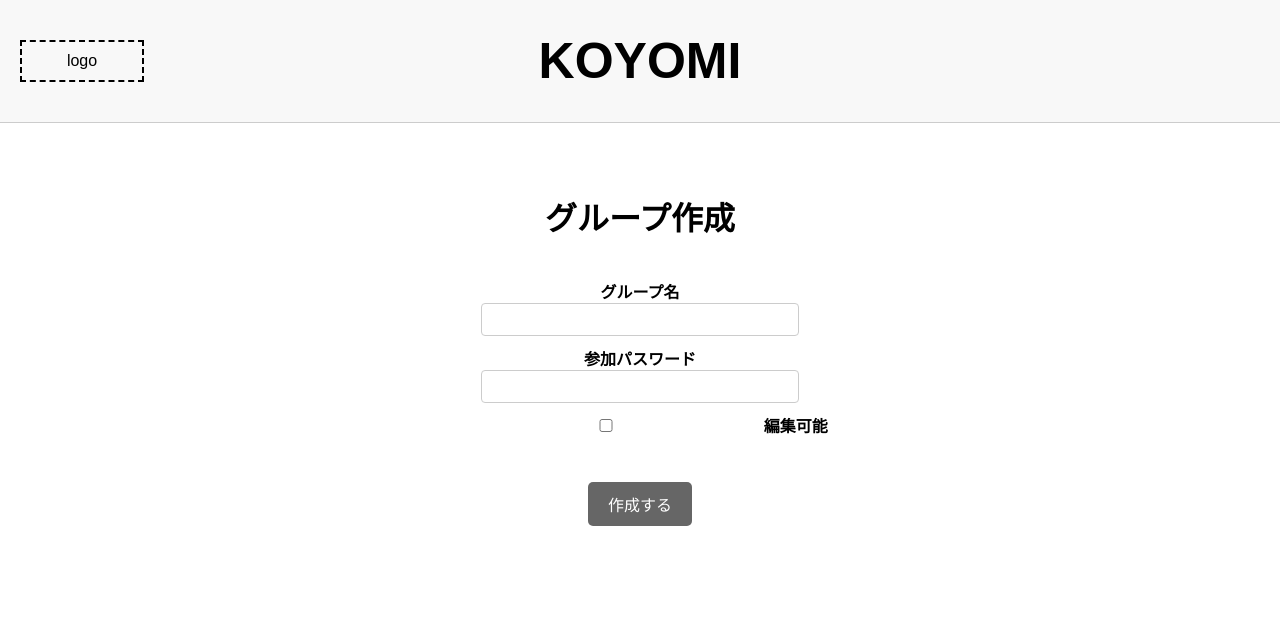
Repository: teramu0602/koyomi
Page: http://localhost/groups
These files come from the project's save history. The page is drawn as it stood at one moment and after the next save; the edit follows.
The browser window is 1280 px wide. The pictures show the whole page.
Some web fonts or font styles are not loaded; a fallback is used. The page is served by the project's Laravel application, run on PHP 8.4 with Laravel 9.

Above is the page before, as saved 2025-03-23 14:44:10.

After the next save:
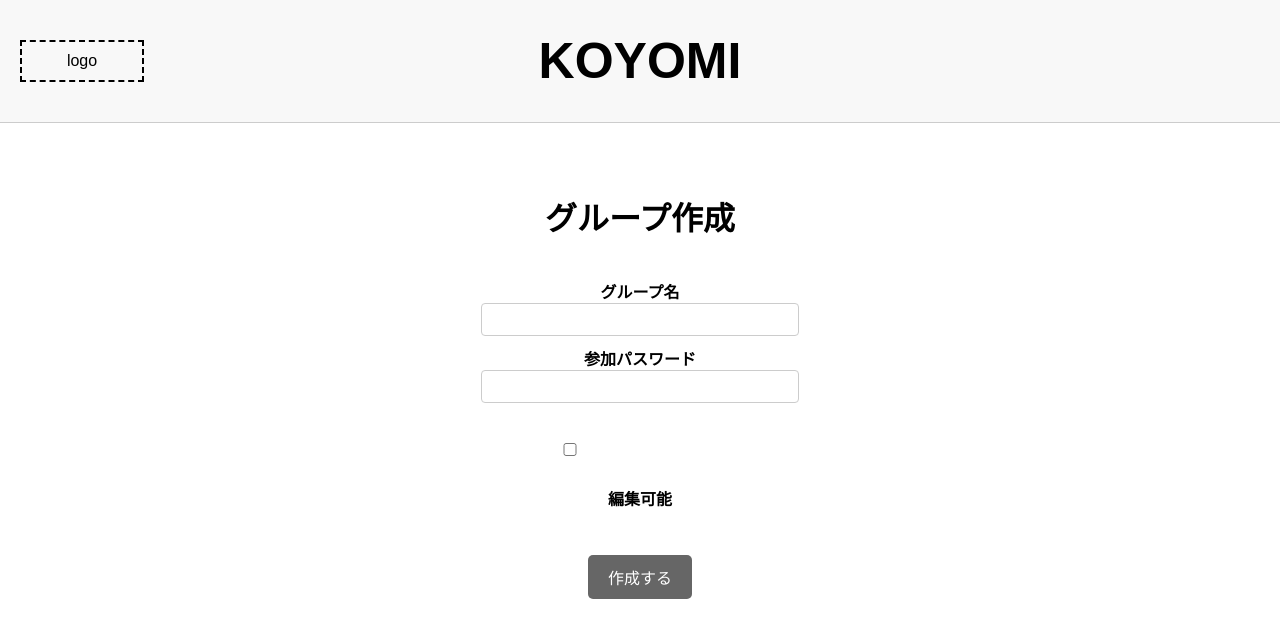
Saved 2 min 20 s later.
--- a/resources/views/admin/create_group.blade.php
+++ b/resources/views/admin/create_group.blade.php
@@ -18,7 +18,7 @@
     </div>
 
     <div>
-        <input type="checkbox" id="edit_flg" name="edit_flg" value="1">
+        <input class = checkbox type="checkbox" id="edit_flg" name="edit_flg" value="1">
         <label for="edit_flg">編集可能</label>
     </div>
 

After the 4 saves that followed:
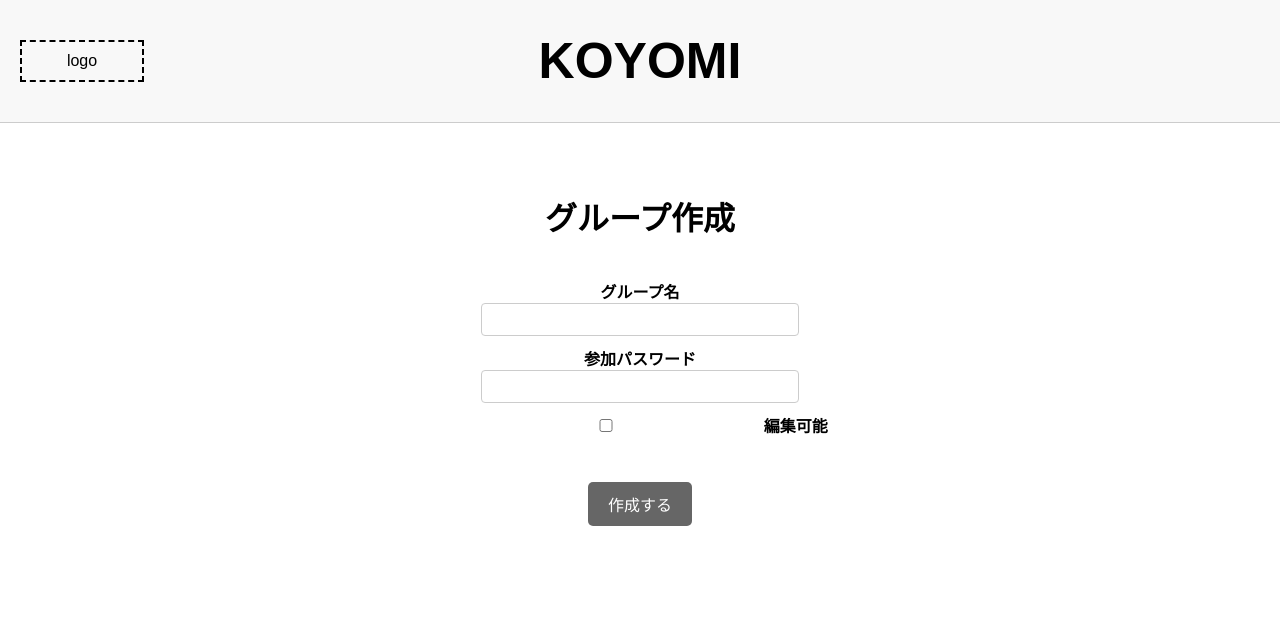
The 4 saves are shown as one change because 3 left the picture as it was.
The last was saved 2 min 8 s later.
--- a/resources/views/admin/create_group.blade.php
+++ b/resources/views/admin/create_group.blade.php
@@ -18,7 +18,7 @@
     </div>
 
     <div>
-        <input class = checkbox type="checkbox" id="edit_flg" name="edit_flg" value="1">
+        <input class = check_box type="checkbox" id="edit_flg" name="edit_flg" value="1">
         <label for="edit_flg">編集可能</label>
     </div>
 
